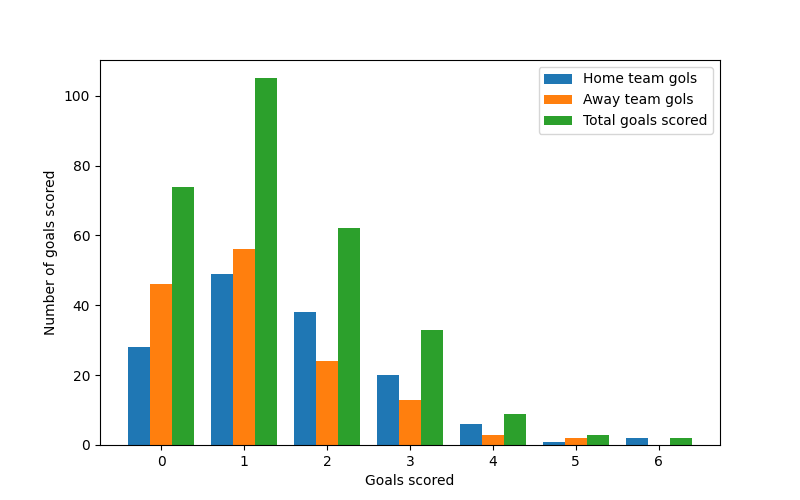
Repository: nelsonalexandrino/python_matplotlib_datavisualization_
Script's output: python Histograms.py
These files come from the project's save history. The script's output is drawn as it stood at one moment and after the next save; the edit follows.
Each picture stacks the figures in order, with grey between them; figures that are only written to a file come last. Random numbers start from a fixed seed.

Above is the script's output before, as saved 2019-08-25 12:52:33.

After the next save:
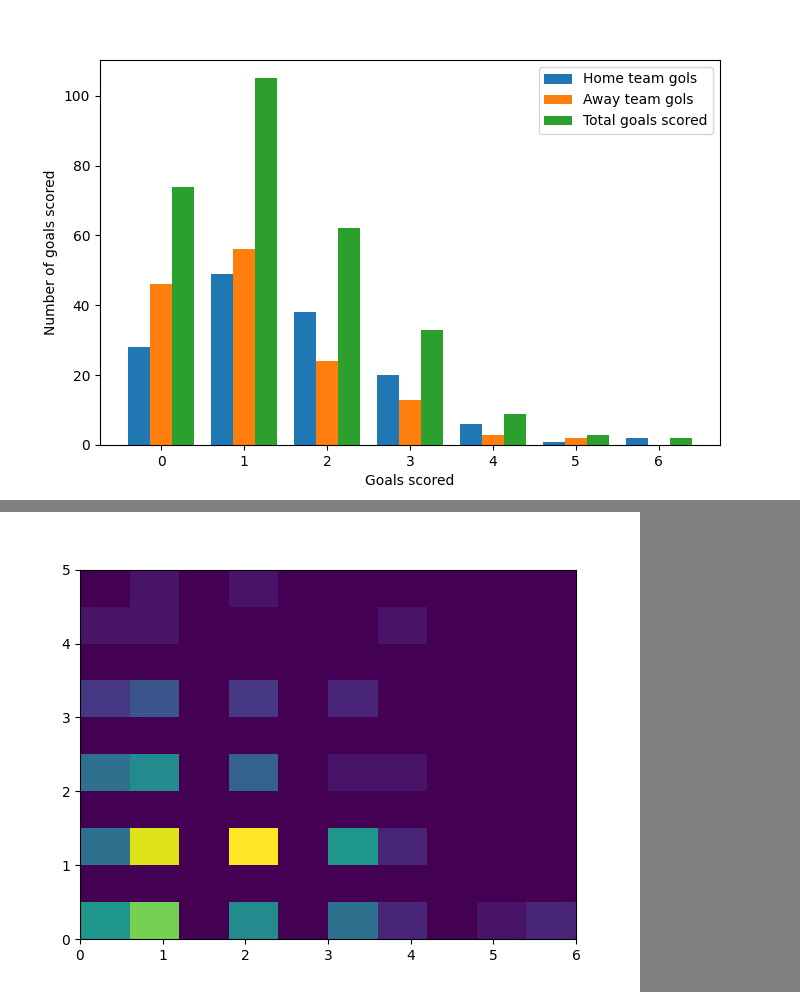
Saved 91 s later.
--- a/Histograms.py
+++ b/Histograms.py
@@ -14,3 +14,8 @@ pyplot.legend()
 pyplot.xlabel('Goals scored')
 pyplot.ylabel('Number of goals scored')
 pyplot.show()
+
+
+pyplot.hist2d(x=HomeTeamGoals, y=AwayTeamGoals)
+pyplot.figure(figsize=(8, 5))
+pyplot.show()
